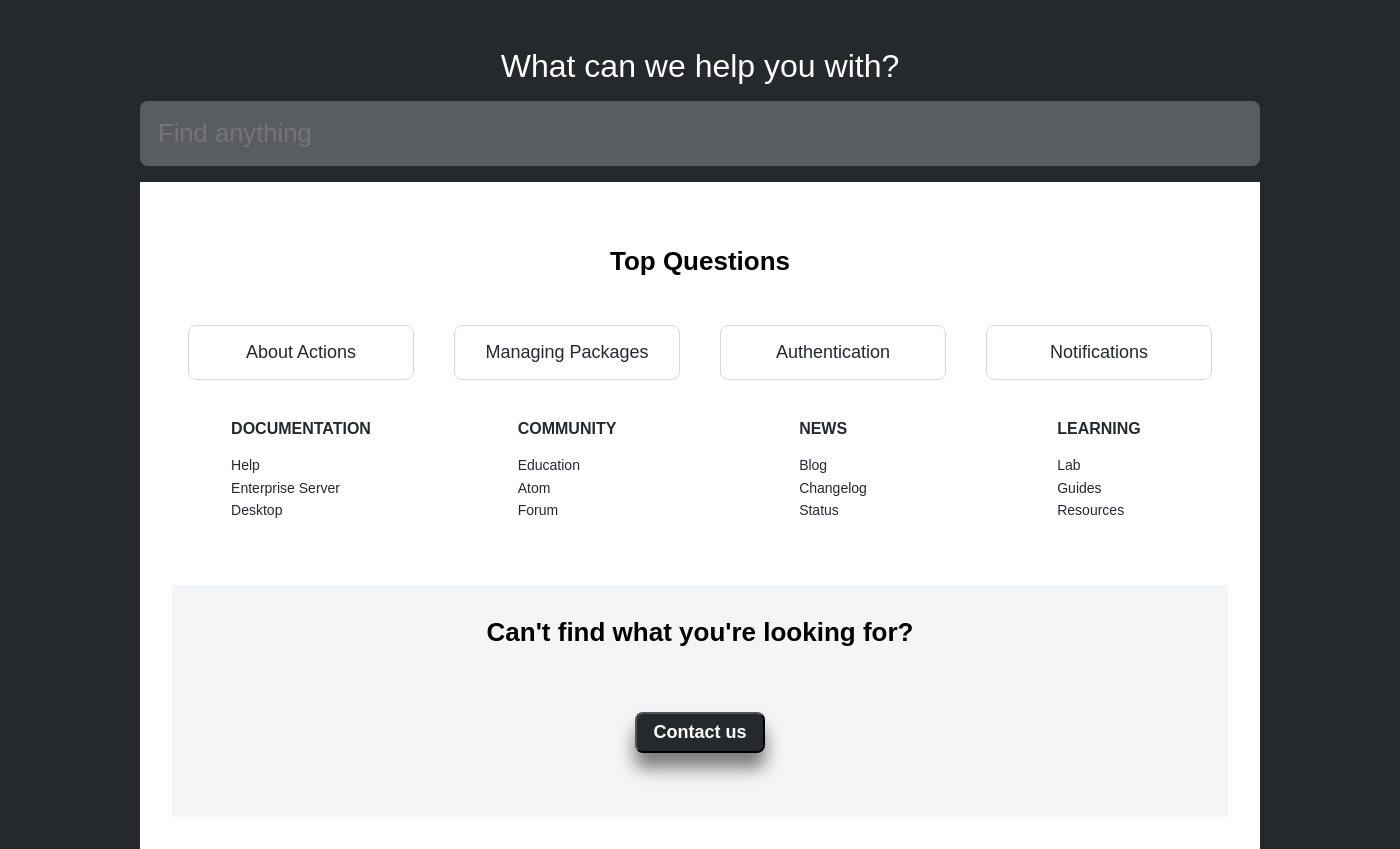
Repository: Hcmwebs/Help-Center-UI-
Page: index.html
An editor plug-in stored every save of this project. The page is shown before and after the next save, followed by the edit.
The browser window is 1280 px wide. The page is 1400 px wide, so the pictures cover 1400 px, including what lies to the right of the window. The pictures show the whole page.
The style sheet was rebuilt from its Sass, Less or Tailwind sources for each picture, by a compiler version that may differ from the author's.

Above is the page before, as saved 2020-08-26 01:51:29.

### index.html
<!DOCTYPE html>
<html lang="en">
<head>
    <meta charset="UTF-8">
    <meta name="viewport" content="width=device-width, initial-scale=1.0">
    <link rel="stylesheet" href="css/styles.min.css">
    <title>Help Center</title>
</head>
<body>
    <div class="container">
        <header>
            <h1>What can we help  you with?</h1>
            <input type="search"
            id="search"
            placeholder="Find anything">
        </header>


        <!-- *******card****** -->
        <div class="card">
            <!--****card-header**** -->
            <h2> Top Questions</h2>

            <!--****card-body**** -->

            <div class="card-items">
                <div class="card-item">
                    <div class="card-item-head">
                        <h3>About Actions</h3>
                    </div>
                    <div class="card-item-body">
                        <h4>documentation</h4>
                        <ul>
                            <li>Help</li>
                            <li>Enterprise Server</li>
                            <li>Desktop</li>
                        </ul>
                    </div>
                </div>

                <div class="card-item">
                    <div class="card-item-head">
                        <h3>Managing Packages</h3>
                    </div>
                    <div class="card-item-body">
                        <h4>Community</h4>
                        <ul>
                            <li>Education</li>
                            <li>Atom</li>
                            <li>Forum</li>
                        </ul>
                    </div>
                </div>

                <div class="card-item">
                    <div class="card-item-head">
                        <h3>Authentication</h3>
                    </div>
                    <div class="card-item-body">
                        <h4>news</h4>
                        <ul>
                            <li>Blog</li>
                            <li>Changelog</li>
                            <li>Status</li>
                        </ul>
                    </div>
                </div>

                <div class="card-item">
                    <div class="card-item-head">
                        <h3>Notifications</h3>
                    </div>
                    <div class="card-item-body">
                        <h4>Learning</h4>
                        <ul>
                            <li>Lab</li>
                            <li>Guides</li>
                            <li>Resources</li>
                        </ul>
                    </div>
                </div>
            </div>


            <!--****card--footer**** -->
            <div class="card-footer">
                <h2>Can't find what you're looking for? </h2>
                <button class="btn-primary">Contact us</button>
            </div>

        </div>
    </div>
</body>
</html>

### scss/styles.scss

@import'config';
@import'utilities';

*{
    margin: 0;
    padding: 0;
    box-sizing: border-box;
}

body{
    font-family: $font-stack;
    font-size: 10px;
    background-color:$bg-color;
    display: grid;
    place-items: center;
    height: 100vh;
    width: 100%;
}
h1{
    font-size: 32px;
    font-weight: 500;
    margin-bottom: 1rem;
    color: $primary-color;
}

h2{
    text-align: center;
    font-size: 26px;
    margin: 1rem 0;
    padding: 1rem;
}
header{
    text-align: center;
    margin-bottom: 1rem;

    input{
        font-size: 1.6rem;
        width: 100%;
        padding: 1rem;
        color:$primary-color;
        background-color:rgba(255,255,255,0.24);
        border: 2px solid transparent;
        border-radius: 0.5rem;
        transition: all 0.75s ease-in;

        input:placeholder{
            width: 80%;
            margin: 0 auto;
            text-align: center;
        }

    }
    input:hover{
        border-color: $border-color;
    }

}
.card{
    width: 100%;
    background-color: #fff;
    padding: 2rem;

    &-item{
        width: 100%;
        margin-bottom: 2rem;
        text-align: center;
        display: grid;
        grid-template-columns: 1fr;
        gap: 0.5rem;
        padding: 1rem;


        &-head{
            padding: 1rem;
            border: 1px solid $border-color;
            border-radius: 0.5rem;


            h3{
                font-size: 18px;
                font-weight: normal;
                text-align: center;
                color: $bg-color;
            }
        }

        &-body{
            margin: 0 auto;
            padding: 1rem;

            h4{

                font-size: 16px;
                font-weight: bold;
                text-align: justify;
                text-transform: uppercase;
                color: $bg-color;
                padding: 1rem 0;
            }

            ul{
                list-style: none;
                margin: 0;
                padding: 0;


                li{
                    font-size: 14px;
                    font-weight: normal;
                    color: $bg-color;
                    padding:0.2rem 0;
                    text-align: justify;
                    text-transform: capitalize;

                }
            }


        }
    }

    &-footer{
        width: 100%;
        background-color:$footer-bg-color;
        display: flex;
        flex-direction: column;
        justify-content: center;
        align-items: center;
        padding-bottom: 2rem;

        button{
            font-size: 18px;
            font-weight: bold;
            margin: 2rem;
            padding: 0.5rem 1rem;
            border-radius: 0.5rem;
            color:$primary-color;
            background-color:$bg-color;
            box-shadow:0 15px 17px $btn-shadow-color ;
        }
    }
}

@import'medias';

@media(min-width:700px){
    .container{
        width: 1400px;
        height: 100vh;
        padding: 3rem 0;
        display: grid;
        grid-template-columns: 1fr;
        place-items: center;

        header{
            width:80%;
        }

        .card{
            width: 80%;

            &-items{
                display: grid;
                grid-template-columns: repeat(4, 1fr);
                gap:0.5rem;
            }

        }

    }

}

### scss/config.scss
$font-stack:'IBM Plex Sans', sans-serif;
$bg-color:rgba(37,41,46,1.0);
$primary-color:rgba(255,255,255,1);
$border-color:rgba(218,218,218,1);
$footer-bg-color:rgba(243,245,247,1);
$btn-shadow-color: rgba(0,0,0,0.5);

### scss/_utilities.scss

.container{
    width: 100%;
    padding:2rem ;
    background-color:$bg-color;

}

Loaded but not shown: scss/_medias.scss (no stored copy; drawn as an empty file)

After the next save:
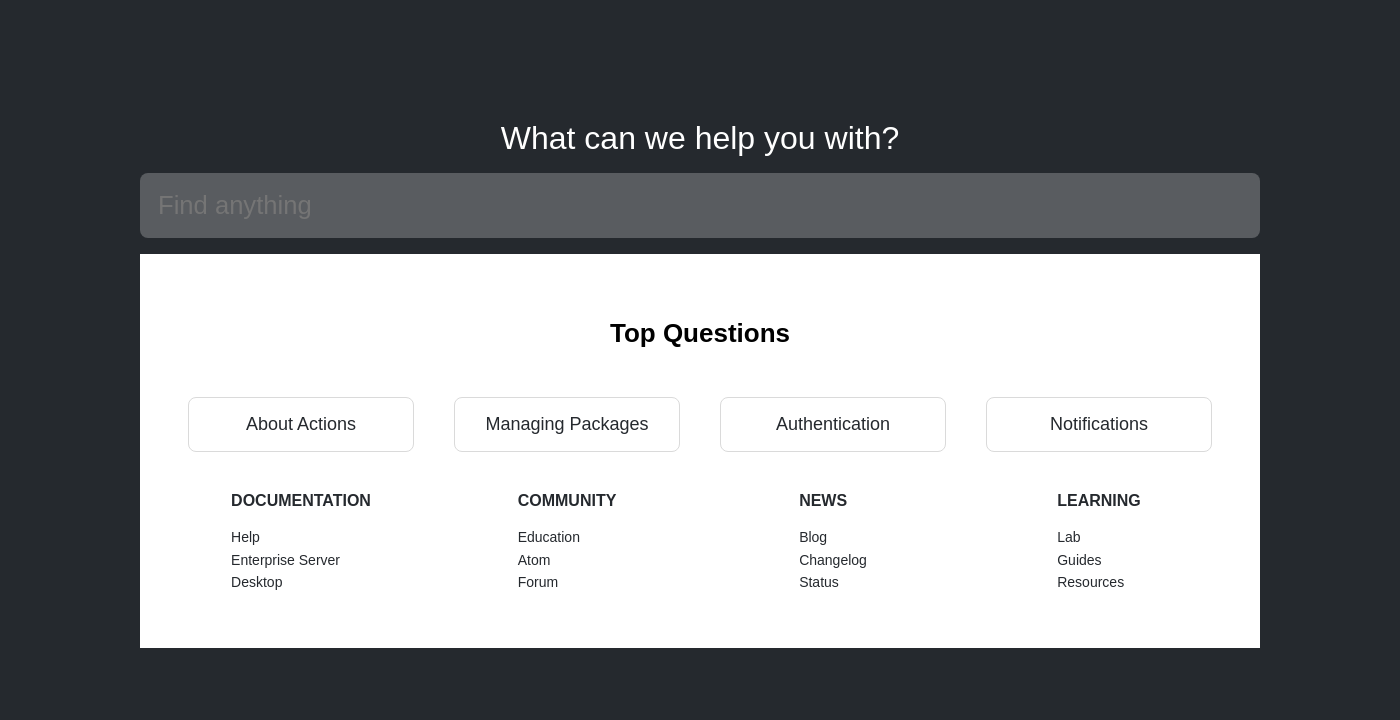
Saved 71 s later.
--- a/scss/styles.scss
+++ b/scss/styles.scss
@@ -147,7 +147,9 @@ header{
 @media(min-width:700px){
     .container{
         width: 1400px;
-        height: 100vh;
+        max-width: 100%;
+        height: 80vh;
+        overflow: hidden;
         padding: 3rem 0;
         display: grid;
         grid-template-columns: 1fr;
